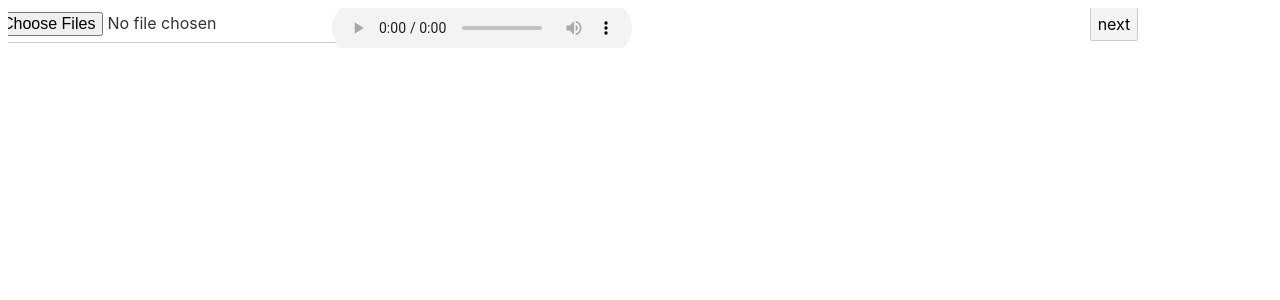
Repository: cgaof/local-music
Page: /
The author's editor kept a copy of each file at every save. The page is drawn from the files as they stood at one save, then again after the next save.
The browser window is 1280 px wide. The pictures show the whole page.
The project was rebuilt for these pictures with package versions that can differ from the ones it lists, and the page was loaded fresh each time. Also part of the build but not shown: webpack.config.js.

Above is the page before, as saved 2020-07-23 09:56:45.

### src/App.svelte
<div class="body">
	<input type="file" id="file" multiple on:change={handleChangeFile}>
	<audio id="audio_id" poster="http://img.lanrentuku.com/img/allimg/1810/15409966139768.jpg" controls autoplay on:ended={handleMusicEnded}>Your browser can't support HTML5 Audio</audio>
	<h2 id="name"></h2>
	<button id="next" on:click={handleChangeMusic}>next</button>
</div>
<script>
      const audioDom = document.getElementById('audio_id');
      const name = document.getElementById('name');
      const audioList = [];
			let audioIdx = 0;
			function handleChangeFile () {
				const files = file.files;
        const len = files.length;
        let i = 0;
        while (i < len) {
          const obj = {
            title: files[i].name.replace(/\..*$/, ''),
            url: URL.createObjectURL(files[i])
          };
          audioList.push(obj);
          i++;
        };
        nextAudio();
        mediasession();
			}
			function handleChangeMusic() {
				nextAudio();
			}
			function handleMusicEnded() {
				nextAudio();
			}
      /**
       * pre 有值代表播放上一首
      */
      function nextAudio(pre) {
        if (audioIdx >= audioList.length) {
          audioIdx = 0;
        }
        if (audioIdx <= 0) {
          audioIdx = audioList.length - 1;
        }
        const { url, title } = audioList[audioIdx];
        audioDom.src = url;
        name.innerText = title;
        if ('mediaSession' in navigator) {
          navigator.mediaSession.metadata = new MediaMetadata({
            title: title,
            artist: '未知',
            artwork: [
              {src: 'http://img.lanrentuku.com/img/allimg/1810/15409966139768.jpg', sizes: '192x192'}
            ]
          });
        }
        if (pre) {
          audioIdx += -1;
        } else {
          audioIdx++;
        }
      };
      function mediasession() {
        if ('mediaSession' in navigator) {
          const ms = navigator.mediaSession;
          ms.setActionHandler('play', function() {
            audioDom.play();
          });
          ms.setActionHandler('nexttrack', function() {
            nextAudio();
          });
          ms.setActionHandler('previoustrack', function() {
            nextAudio('pre');
          });
          ms.setActionHandler('pause', function() {
            audioDom.pause();
          });
        }
      }
</script>

<style>
	.body {
    display: grid;
    grid-template-columns: repeat(4, 25%);
    grid-template-rows: repeat(1, 40px);
    justify-items: center;
    align-items: center;
    overflow: hidden;
    word-wrap: break-word;
  }
  h2 {
    width: 100%;
    white-space: nowrap;
    overflow: hidden;
    text-overflow: ellipsis;
  }
</style>

### public/global.css
html, body {
	position: relative;
	width: 100%;
	height: 100%;
}

body {
	color: #333;
	margin: 0;
	padding: 8px;
	box-sizing: border-box;
	font-family: -apple-system, BlinkMacSystemFont, "Segoe UI", Roboto, Oxygen-Sans, Ubuntu, Cantarell, "Helvetica Neue", sans-serif;
}

a {
	color: rgb(0,100,200);
	text-decoration: none;
}

a:hover {
	text-decoration: underline;
}

a:visited {
	color: rgb(0,80,160);
}

label {
	display: block;
}

input, button, select, textarea {
	font-family: inherit;
	font-size: inherit;
	padding: 0.4em;
	margin: 0 0 0.5em 0;
	box-sizing: border-box;
	border: 1px solid #ccc;
	border-radius: 2px;
}

input:disabled {
	color: #ccc;
}

input[type="range"] {
	height: 0;
}

button {
	background-color: #f4f4f4;
	outline: none;
}

button:active {
	background-color: #ddd;
}

button:focus {
	border-color: #666;
}

Loaded but not shown: public/index.html (common file); src/main.js (common file)

After the next save:
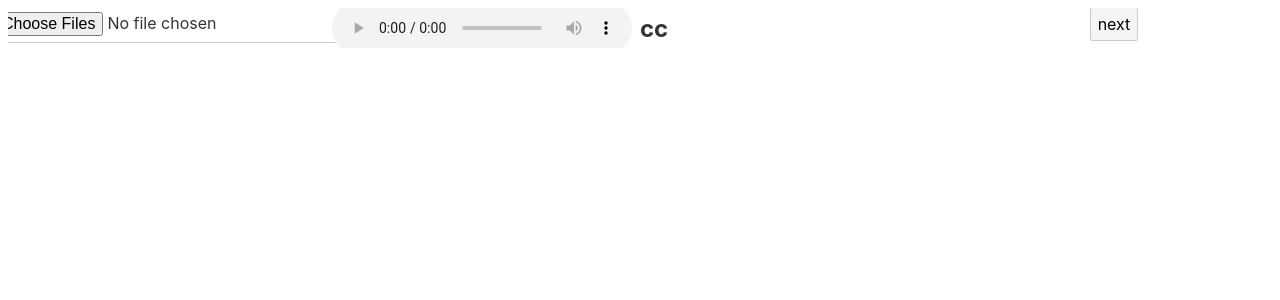
Saved 58 s later.
--- a/src/App.svelte
+++ b/src/App.svelte
@@ -1,12 +1,12 @@
 <div class="body">
 	<input type="file" id="file" multiple on:change={handleChangeFile}>
 	<audio id="audio_id" poster="http://img.lanrentuku.com/img/allimg/1810/15409966139768.jpg" controls autoplay on:ended={handleMusicEnded}>Your browser can't support HTML5 Audio</audio>
-	<h2 id="name"></h2>
+	<h2 id="name">{name}</h2>
 	<button id="next" on:click={handleChangeMusic}>next</button>
 </div>
 <script>
       const audioDom = document.getElementById('audio_id');
-      const name = document.getElementById('name');
+      let name = "cc";
       const audioList = [];
 			let audioIdx = 0;
 			function handleChangeFile () {
